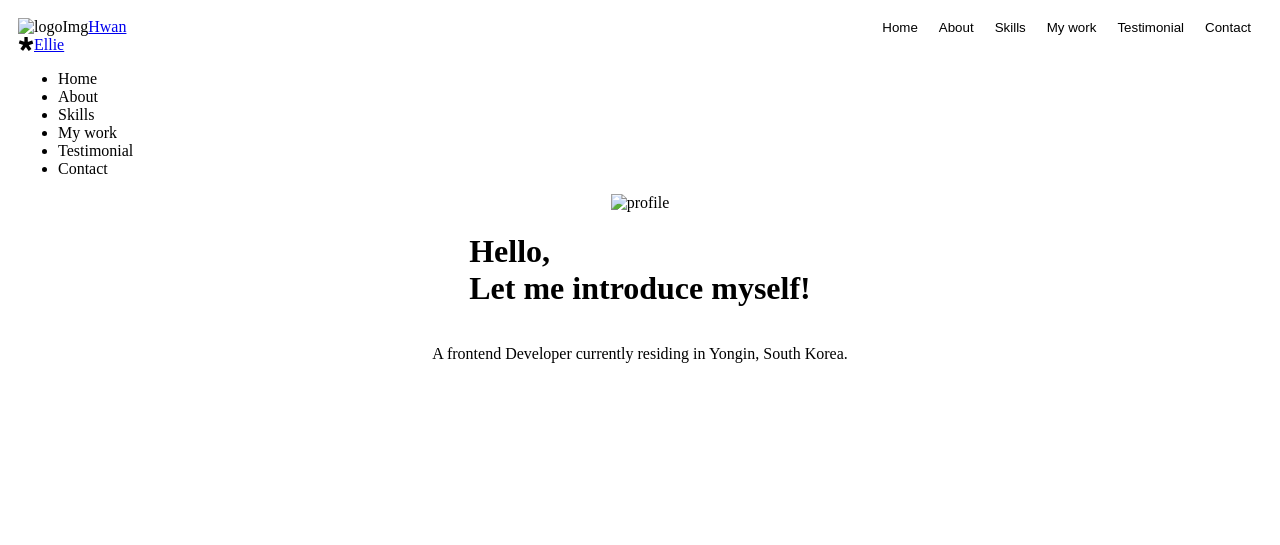
Repository: dhchun1203/Portfolio
Page: index.html
The author's editor kept a copy of each file at every save. The page is drawn from the files as they stood at one save, then again after the next save.
The browser window is 1280 px wide. The pictures show the whole page.
Some web libraries are served in a nearby version.

Above is the page before, as saved 2020-12-02 15:58:56.

### index.html
<!DOCTYPE html>
<html lang="en">
	<head>
		<meta charset="UTF-8" />
		<meta name="viewport" content="width=device-width, initial-scale=1.0" />
		<title>Hwan's Portfolio</title>
		<meta
			name="description"
			content="portfolio for world-renowned software engineer Hwan"
		/>
		<meta name="author" content="Hwan" />
		<link rel="icon" type="image/png" href="imgs/favicon.png" />
		<script
			src="https://kit.fontawesome.com/8b98a99811.js"
			crossorigin="anonymous"
		></script>
		<link rel="preconnect" href="https://fonts.gstatic.com" />
		<link
			href="https://fonts.googleapis.com/css2?family=Open+Sans:wght@400;600;700&display=swap"
			rel="stylesheet"
		/>
		<link rel="stylesheet" href="style.css" />
		<script src="main.js" defer></script>
	</head>
	<body>
		<nav class="navbar">
			<div class="navbar__logo">
				<img src="" alt="logoImg" /><a href="#">Hwan</a>
			</div>
			<div class="navbar__btn">
				<button>Home</button>
				<button>About</button>
				<button>Skills</button>
				<button>My work</button>
				<button>Testimonial</button>
				<button>Contact</button>
			</div>
		</nav>
		<nav id="navbar">
			<div class="navbar__logo">
				<i class="fab fa-diaspora"></i>
				<a href="#">Ellie</a>
			</div>
			<div class="navbar__menu">
				<ul class="navbar__menu">
					<li class="navbar__menu__item">Home</li>
					<li class="navbar__menu__item">About</li>
					<li class="navbar__menu__item">Skills</li>
					<li class="navbar__menu__item">My work</li>
					<li class="navbar__menu__item">Testimonial</li>
					<li class="navbar__menu__item">Contact</li>
				</ul>
			</div>
		</nav>

		<div class="content">
			<div class="content__img"><img src="" alt="profile" /></div>
			<div class="content__title">
				<h1>Hello, <br />Let me introduce myself!</h1>
			</div>
			<div class="content__description">
				<p>A frontend Developer currently residing in Yongin, South Korea.</p>
			</div>
			<div class="content__btn"></div>
		</div>
	</body>
</html>

### style.css
body {
	padding: 10px;
}

.main {
	background-image: url();
}

.content {
	display: flex;
	flex-direction: column;
	align-items: center;
}
.navbar {
	display: flex;
	flex-direction: row;
	justify-content: space-between;
}
.navbar__logo {
	display: flex;
	flex-direction: row;
}

.navbar__btn button {
	border-style: none;
	background: none;
	margin-right: 5px;
}

Loaded but not shown: main.js (no copy from this time; the picture is the same without it)

After the next save:
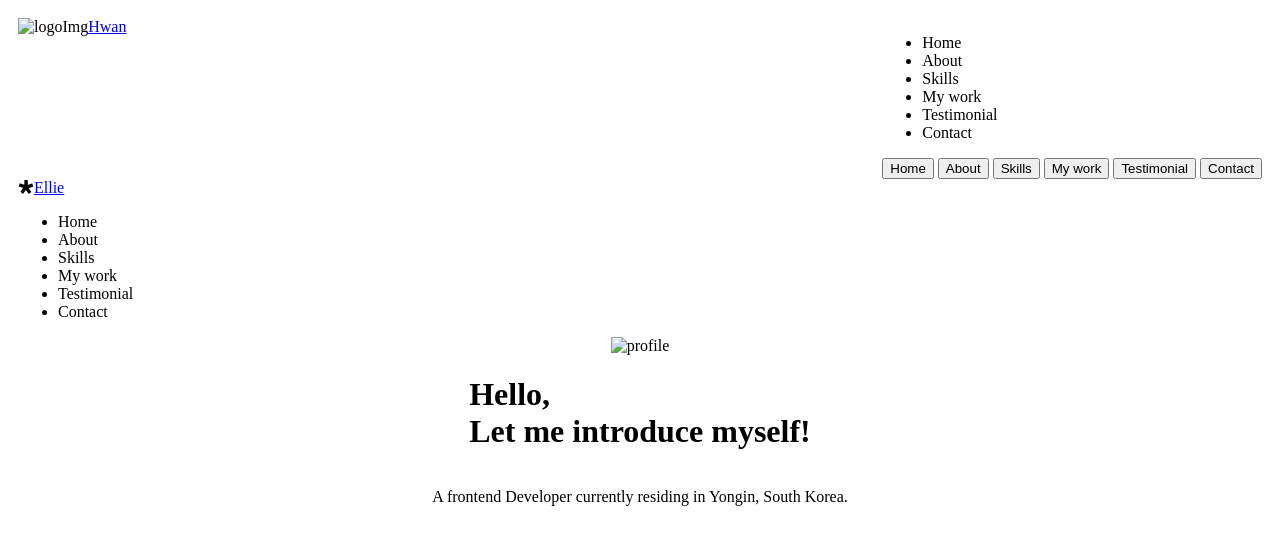
Saved 109 s later.
--- a/index.html
+++ b/index.html
@@ -27,7 +27,15 @@
 			<div class="navbar__logo">
 				<img src="" alt="logoImg" /><a href="#">Hwan</a>
 			</div>
-			<div class="navbar__btn">
+			<div class="navbar__menu">
+				<ul class="navbar__menu">
+					<li class="navbar__menu__item">Home</li>
+					<li class="navbar__menu__item">About</li>
+					<li class="navbar__menu__item">Skills</li>
+					<li class="navbar__menu__item">My work</li>
+					<li class="navbar__menu__item">Testimonial</li>
+					<li class="navbar__menu__item">Contact</li>
+				</ul>
 				<button>Home</button>
 				<button>About</button>
 				<button>Skills</button>
